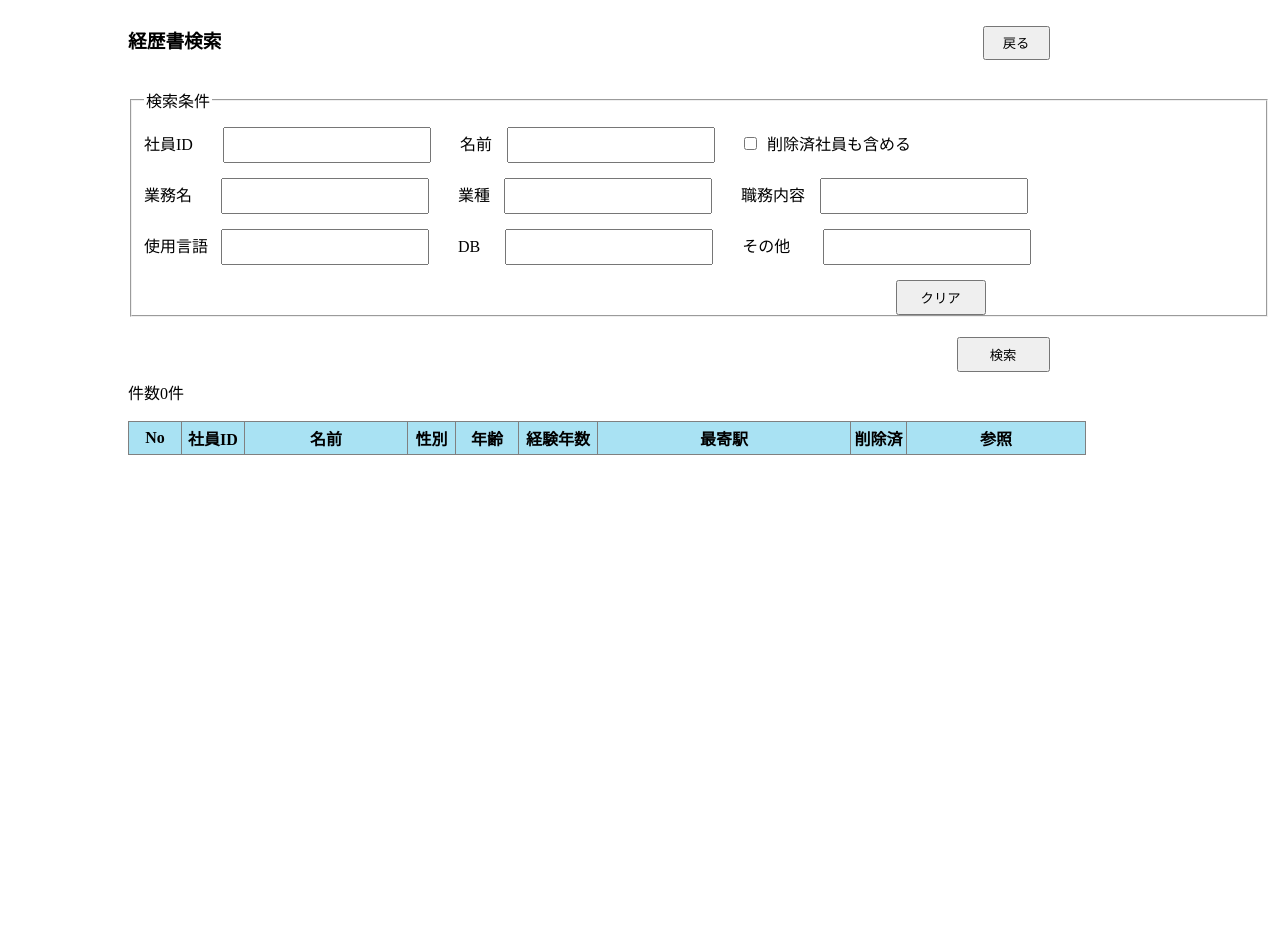
Repository: nguyenvantandev/WebApp
Page: http://localhost/EmployeeInfoSystem/ResumeSearch.jsp
The author's editor kept a copy of each file at every save. The page is drawn from the files as they stood at one save, then again after the next save.
The browser window is 1280 px wide. The pictures show the whole page.
Some web libraries are served in a nearby version. The page is served by Tomcat 9.

Above is the page before, as saved 2016-06-13 06:07:35.

After the next save:
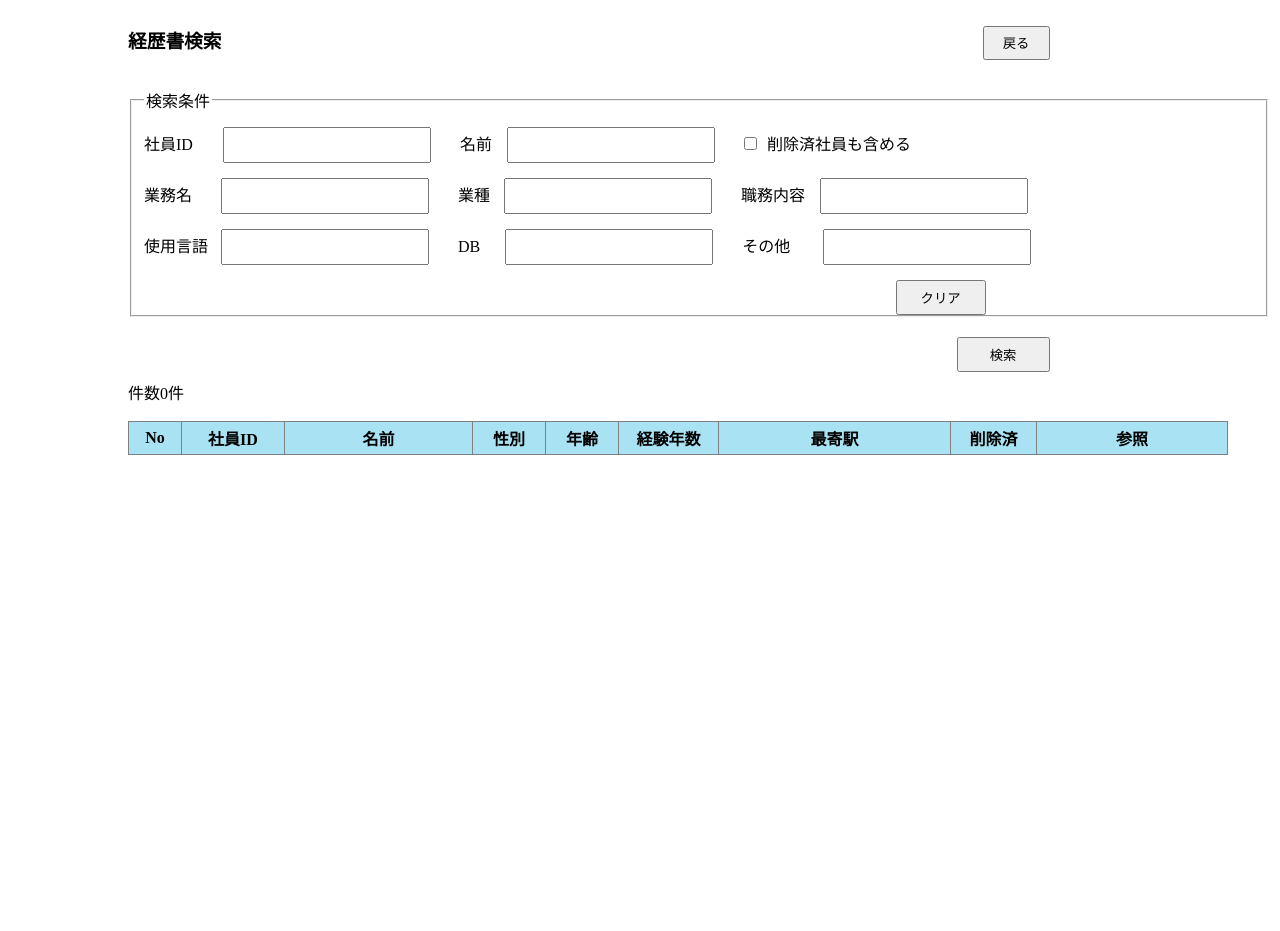
Saved 2 min 58 s later.
--- a/EmployeeInfoSystem/WebContent/ResumeSearch.jsp
+++ b/EmployeeInfoSystem/WebContent/ResumeSearch.jsp
@@ -42,14 +42,14 @@
 				<thead>
 					<tr>
 						<th style="width: 50px" align="center">No</th>
-						<th style="width: 60px" align="center">社員ID</th>
-						<th style="width: 160px" align="center">名前</th>
-						<th style="width: 45px" align="center">性別</th>
-						<th style="width: 60px" align="center">年齢</th>
-						<th style="width: 76px" align="center">経験年数</th>
-						<th style="width: 250px" align="center">最寄駅</th>
-						<th style="width: 53px" align="center">削除済</th>
-						<th style="width: 176px" align="center">参照</th>
+						<th style="width: 100px;" align="center">社員ID</th>
+						<th style="width: 185px;" align="center">名前</th>
+						<th style="width: 70px;" align="center">性別</th>
+						<th style="width: 70px;" align="center">年齢</th>
+						<th style="width: 97px;" align="center">経験年数</th>
+						<th style="width: 229px;" align="center">最寄駅</th>
+						<th style="width: 83px;" align="center">削除済</th>
+						<th style="width: 188px;" align="center">参照</th>
 					</tr>
 				</thead>
 				<tbody>
